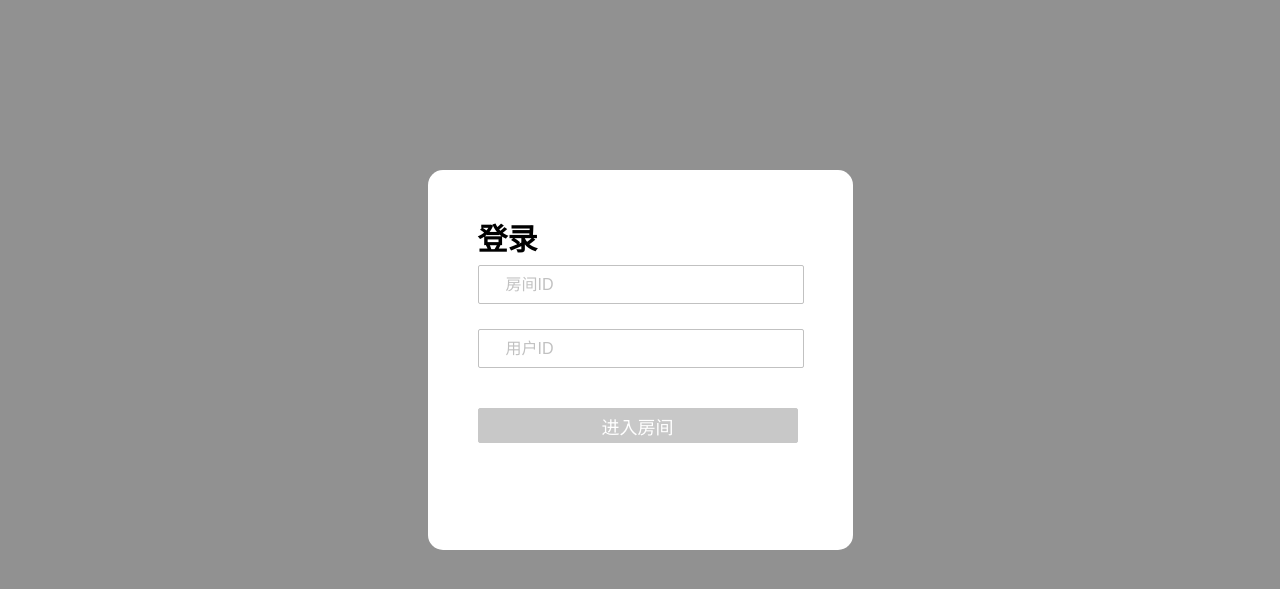
Repository: sjtu-course/homework
Page: GongZening/Week2/Web/LoginPage.html
These files come from the project's save history. The page is drawn as it stood at one moment and after the next save; the edit follows.
The browser window is 1280 px wide. The pictures show the whole page.

Above is the page before, as saved 2020-11-09 15:32:38.

After the next save:
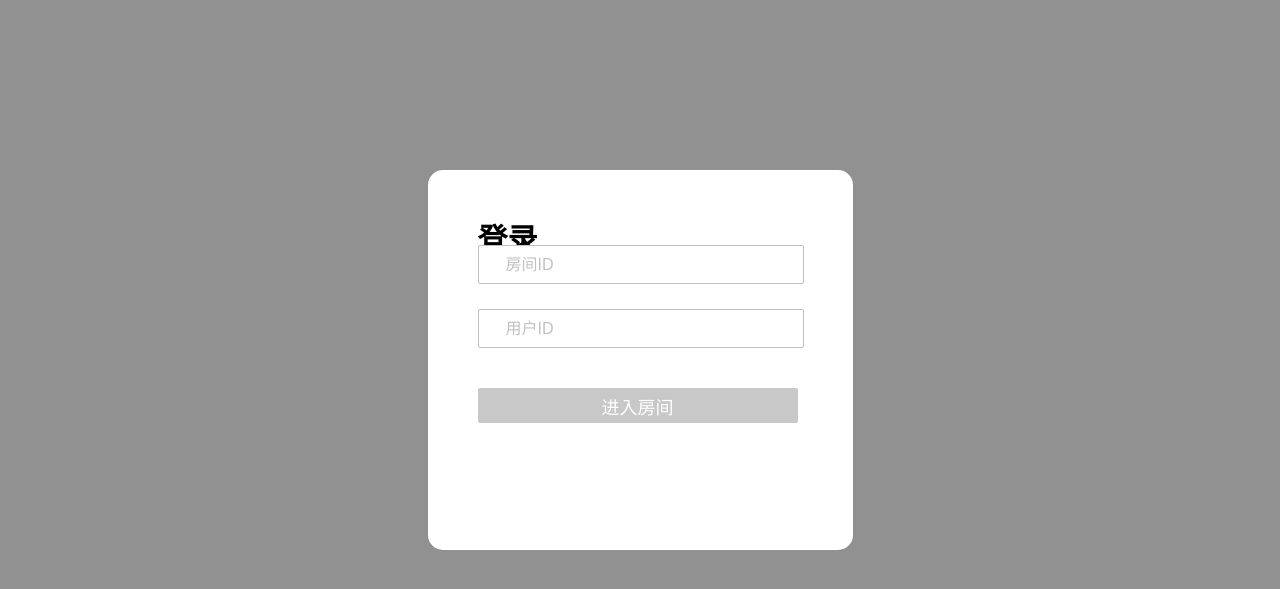
Saved 16 s later.
--- a/GongZening/Week2/Web/LoginPage.html
+++ b/GongZening/Week2/Web/LoginPage.html
@@ -14,6 +14,7 @@
         <link rel="stylesheet" type="text/css" href="css/Login.css" />
         <link rel="stylesheet" type="text/css" href="css/Edit_Text.css" />
         <link rel="stylesheet" type="text/css" href="css/Button.css" />
+        <link rel="stylesheet" type="text/css" href="css/Reset.css" />
     </head>
 
     <body style="background-color: #919191;">

After the save that followed:
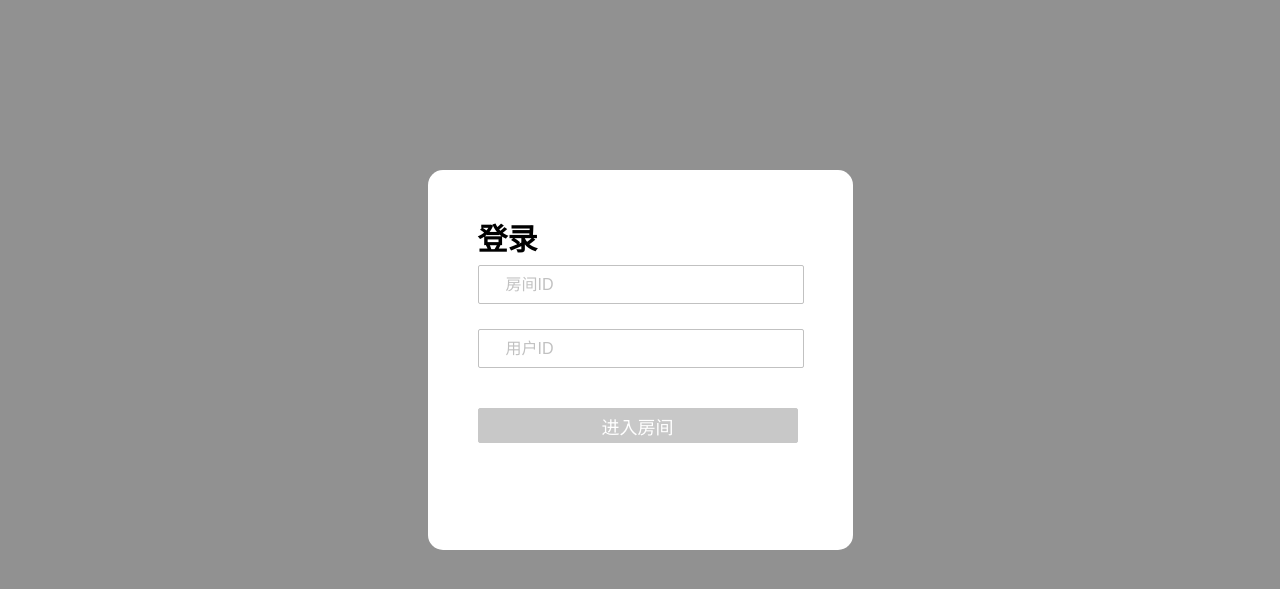
Saved 39 s later.
--- a/GongZening/Week2/Web/LoginPage.html
+++ b/GongZening/Week2/Web/LoginPage.html
@@ -14,7 +14,7 @@
         <link rel="stylesheet" type="text/css" href="css/Login.css" />
         <link rel="stylesheet" type="text/css" href="css/Edit_Text.css" />
         <link rel="stylesheet" type="text/css" href="css/Button.css" />
-        <link rel="stylesheet" type="text/css" href="css/Reset.css" />
+        <!-- <link rel="stylesheet" type="text/css" href="css/Reset.css" /> -->
     </head>
 
     <body style="background-color: #919191;">
